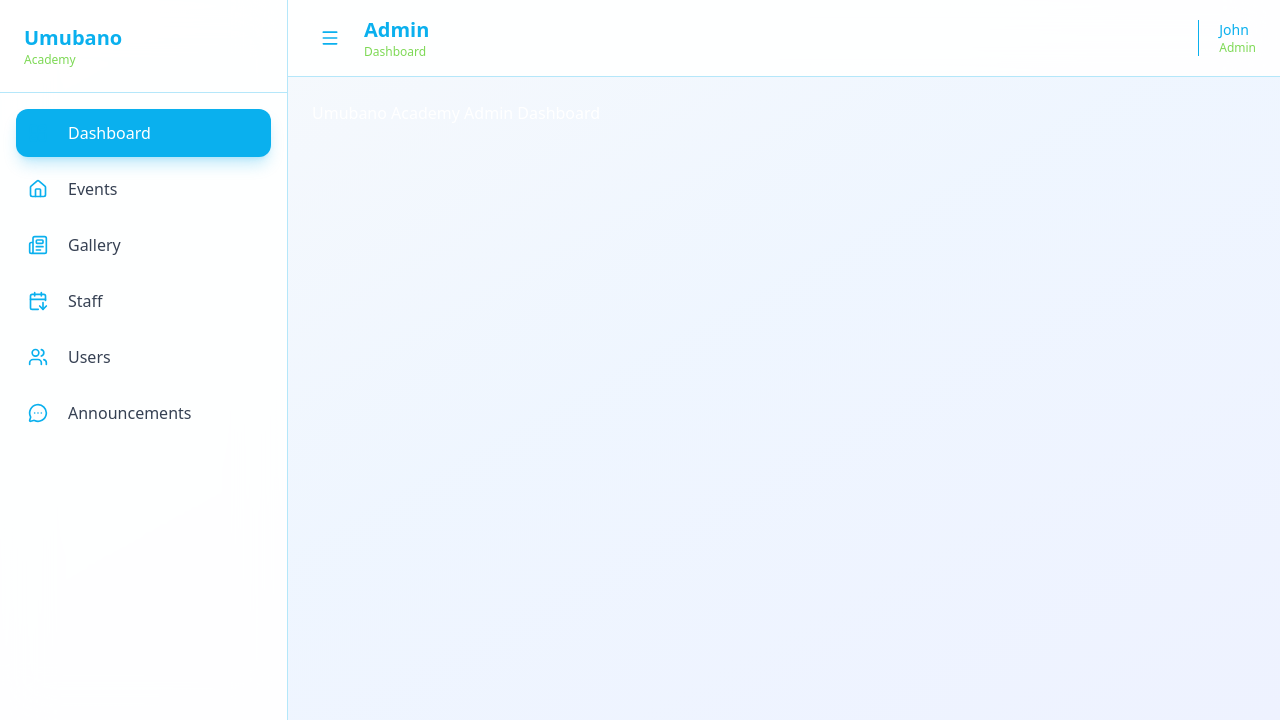
Repository: Umubano-Academy/umubano-academy-website
Page: /admin
An editor plug-in stored every save of this project. The page is shown before and after the next save, followed by the edit.
The browser window is 1280 px wide. The pictures show the whole page.
The project was rebuilt for these pictures with package versions that can differ from the ones it lists, and the page was loaded fresh each time. Also part of the build but not shown: vite.config.js, src/components/guest/NavBar.jsx, src/components/guest/Hero.jsx, src/components/guest/Event.jsx, src/components/guest/News.jsx, src/components/guest/Footer.jsx, src/components/guest/Layout.jsx, src/components/guest/Contact.jsx and 9 more. Imported but missing from the stored project, and not drawn on this page: src/assets/addons/Primary-Enrolment-Handout-2025.pdf, src/assets/addons/Secondary-Enrolment-Handout-2025-2026.pdf.

Above is the page before, as saved 2026-01-20 09:56:02.

### index.html
<!doctype html>
<html lang="en">
  <head>
    <meta charset="UTF-8" />
    <!-- <link rel="icon" type="image/svg+xml" href="/vite.svg" /> -->
    <meta name="viewport" content="width=device-width, initial-scale=1.0" />
    <title>umubano-academy</title>
  </head>
  <body>
    <div id="root"></div>
    <script type="module" src="/src/main.jsx"></script>
  </body>
</html>

### src/App.jsx
import React from 'react'
import { BrowserRouter, Route, Routes } from 'react-router-dom'
import NavBar from './components/guest/NavBar'
import Hero from './components/guest/Hero'
import Event from './components/guest/Event'
import News from './components/guest/News'
import Layout from './components/guest/Layout'
import Home from './components/guest/Home'
import Admission from './components/guest/Admission'
import Academic from './components/guest/Academic'
import About from './components/guest/About'
import LayOut from './components/admin/LayOut'
import Dashboard from './components/admin/pages/Dashboard'
import Login from './components/guest/forms/Login'
import ResetPassword from './components/guest/forms/ResetPassword'
import Primary from './components/guest/primary'


function App() {
  return (
    <BrowserRouter>

    <Routes>
      <Route path='/' element={<Layout />}>
      <Route index element={<Home />} />
      <Route path='/admissions' element={<Admission />} />
      <Route path='/academic' element={<Academic />} />
      <Route path='/aboutus' element={<About />} />
      <Route path='/login' element={<Login />} />
      <Route path="/password-reset" element={<ResetPassword />} />
      <Route path='/primary' element={<Primary />} />
      </Route>

      <Route path='/admin' element={<LayOut />}>
      <Route index element={<Dashboard />} />
      </Route>
    </Routes>
    </BrowserRouter>

  )
}

export default App

### src/components/admin/LayOut.jsx
import React, { useEffect, useState } from 'react'
import SideBar from '../admin/sidebar/SideBar'
import Header from '../admin/Header/Header'
import { Outlet } from 'react-router-dom'

function LayOut() {

  const [sideBarCollapsed, setSideBarCollapsed] = useState(false);
  const [currentPage, setCurrentPage] = useState("dashboard");

  useEffect(() =>{
    const handlerResize = () =>{
      if(window.innerWidth <1024){
        setSideBarCollapsed(true);
      }else{
        setSideBarCollapsed(false);
      }
    };

    handlerResize();
    window.addEventListener("resize", handlerResize)
    return () => window.removeEventListener("resize", handlerResize);
  },  []);
  return (

    <div className=' min-h-screen bg-gradient-to-br from-slate-50 via-blue-50 to-indigo-50 dark:from-slate-900 dark:via-slate-800 dark:to-slate-900 transition-all duration-500 '>
       <div className=' flex h-screen overflow-hidden' >
      <SideBar
          collapsed={sideBarCollapsed}
          onToggle={() => setSideBarCollapsed(!sideBarCollapsed)}
          currentPage={currentPage}
          onPageChange={setCurrentPage}
        />

      <div className='flex-1 flex flex-col overflow-hidden'>
          <Header
            sideBarCollapsed={sideBarCollapsed}
            onToggleSidebar={() => setSideBarCollapsed(!sideBarCollapsed)}
          />
          <div className='flex-1 overflow-y-auto bg-transparent'>
            <div className='p-6 space-y-6'>
              <Outlet />
            </div>
          </div>
        </div>
    </div>
    </div>

  )
}

export default LayOut

### src/components/admin/pages/Dashboard.jsx
// import React from "react";
// import { stats, bookingGraphData } from "./dashboardData";
// import {
//   Users,
//   ShoppingBag,
//   BadgeDollarSign,
//   TrendingUp,
// } from "lucide-react";
// import {
//   LineChart,
//   Line,
//   XAxis,
//   YAxis,
//   CartesianGrid,
//   Tooltip,
//   ResponsiveContainer,
// } from "recharts";

// function Dashboard() {
//   return (
//     <div className="p-6 space-y-6">

//       <h1 className="text-2xl font-bold text-slate-800 dark:text-white">
//         Dashboard Overview
//       </h1>


//       <div className="grid grid-cols-1 md:grid-cols-3 gap-6">

//         {/* USERS CARD */}
//         <div className="p-6 bg-white/80 dark:bg-slate-900/80 rounded-2xl shadow-lg border border-slate-200/50 dark:border-slate-700/50">
//           <div className="flex items-center justify-between mb-3">
//             <Users className="w-8 h-8 text-orange-500" />
//             <span className="text-green-500 text-sm">{stats.users.growth}</span>
//           </div>
//           <h2 className="text-3xl font-bold dark:text-white">
//             {stats.users.thisYear}
//           </h2>
//           <p className="text-slate-500 dark:text-slate-300 text-sm mt-1">
//             Users This Year
//           </p>
//         </div>

//         {/* BOOKINGS CARD */}
//         <div className="p-6 bg-white/80 dark:bg-slate-900/80 rounded-2xl shadow-lg border border-slate-200/50 dark:border-slate-700/50">
//           <div className="flex items-center justify-between mb-3">
//             <ShoppingBag className="w-8 h-8 text-orange-500" />
//             <span className="text-green-500 text-sm">+12%</span>
//           </div>
//           <h2 className="text-3xl font-bold dark:text-white">
//             {stats.bookings.total}
//           </h2>
//           <p className="text-slate-500 dark:text-slate-300 text-sm mt-1">
//             Total Bookings
//           </p>
//         </div>

//         {/* REVENUE CARD */}
//         <div className="p-6 bg-white/80 dark:bg-slate-900/80 rounded-2xl shadow-lg border border-slate-200/50 dark:border-slate-700/50">
//           <div className="flex items-center justify-between mb-3">
//             <BadgeDollarSign className="w-8 h-8 text-orange-500" />
//             <span className="text-green-500 text-sm">{stats.revenue.growth}</span>
//           </div>
//           <h2 className="text-3xl font-bold dark:text-white">
//             {stats.revenue.thisMonth.toLocaleString()} RWF
//           </h2>
//           <p className="text-slate-500 dark:text-slate-300 text-sm mt-1">
//             Revenue This Month
//           </p>
//         </div>
//       </div>

//       {/* BOTTOM 3 SUMMARY CARDS */}
//       <div className="grid grid-cols-1 md:grid-cols-3 gap-6">

//         {/* USER BREAKDOWN */}
//         <div className="p-6 bg-white/80 dark:bg-slate-900/80 rounded-xl border border-slate-200/50 dark:border-slate-700/50">
//           <h3 className="font-semibold dark:text-white mb-3">User Summary</h3>
//           <ul className="space-y-1 text-sm text-slate-600 dark:text-slate-300">
//             <li>Today: {stats.users.today}</li>
//             <li>Yesterday: {stats.users.yesterday}</li>
//             <li>Last Week: {stats.users.lastWeek}</li>
//             <li>Last Year: {stats.users.lastYear}</li>
//           </ul>
//         </div>

//         {/* BOOKING BREAKDOWN */}
//         <div className="p-6 bg-white/80 dark:bg-slate-900/80 rounded-xl border border-slate-200/50 dark:border-slate-700/50">
//           <h3 className="font-semibold dark:text-white mb-3">Booking Summary</h3>
//           <ul className="space-y-1 text-sm text-slate-600 dark:text-slate-300">
//             <li>Today: {stats.bookings.today}</li>
//             <li>Pending: {stats.bookings.pending}</li>
//             <li>Completed: {stats.bookings.completed}</li>
//             <li>Cancelled: {stats.bookings.cancelled}</li>
//           </ul>
//         </div>

//         {/* REVENUE BREAKDOWN */}
//         <div className="p-6 bg-white/80 dark:bg-slate-900/80 rounded-xl border border-slate-200/50 dark:border-slate-700/50">
//           <h3 className="font-semibold dark:text-white mb-3">Revenue Summary</h3>
//           <ul className="space-y-1 text-sm text-slate-600 dark:text-slate-300">
//             <li>Total Revenue: {stats.revenue.total.toLocaleString()} RWF</li>
//             <li>This Month: {stats.revenue.thisMonth.toLocaleString()} RWF</li>
//             <li>Pending: {stats.revenue.pending.toLocaleString()} RWF</li>
//             <li>Last Month: {stats.revenue.lastMonth.toLocaleString()} RWF</li>
//           </ul>
//         </div>
//       </div>

//       {/* BOOKINGS CHART */}
//       <div className="p-6 bg-white/80 dark:bg-slate-900/80 border border-slate-200/50 dark:border-slate-700/50 rounded-xl shadow-md">
//         <h2 className="text-lg font-bold mb-4 dark:text-white">
//           Bookings This Week
//         </h2>

//         <ResponsiveContainer width="100%" height={300}>
//           <LineChart data={bookingGraphData}>
//             <CartesianGrid strokeDasharray="3 3" />
//             <XAxis dataKey="day" />
//             <YAxis />
//             <Tooltip />
//             <Line
//               type="monotone"
//               dataKey="bookings"
//               stroke="#f97316"
//               strokeWidth={3}
//             />
//           </LineChart>
//         </ResponsiveContainer>
//       </div>
//     </div>
//   );
// }

// export default Dashboard;




import React from 'react'

function Dashboard() {
  return (
    <div className=' text-white '>
      Umubano Academy Admin Dashboard
    </div>
  )
}

export default Dashboard

### src/components/admin/sidebar/SideBar.jsx
import React, { useState } from "react";
import menuData from "./data/menuData";
import { Link } from "react-router-dom";
import { GraduationCap } from "lucide-react";

function SideBar({ collapsed, onToggle, currentPage, onPageChange }) {
  const [expandedItems, setExpandedItems] = useState(new Set(["dashboard"]));

  const toggleExpand = (itemId) => {
    const updated = new Set(expandedItems);
    updated.has(itemId) ? updated.delete(itemId) : updated.add(itemId);
    setExpandedItems(updated);
  };

  return (
    <div
      className={`${
        collapsed ? "w-20" : "w-72"
      } transition-all duration-300 ease-in-out bg-white/90 backdrop-blur-xl border-r border-[#0AB0EE]/30 flex flex-col relative z-10`}
    >
      {/* Header Logo */}
      <div className="p-6 border-b border-[#0AB0EE]/30">
        <div className="flex items-center space-x-3">
          {/* <div className="w-12 h-12 bg-[#FFDE59] text-[#0AB0EE] flex items-center justify-center rounded-xl">
            <GraduationCap size={28} />
          </div> */}

          {!collapsed && (
            <div>
              <h1 className="text-xl font-bold text-[#0AB0EE]">Umubano</h1>
              <p className="text-xs text-[#7ED956]">Academy</p>
            </div>
          )}
        </div>
      </div>

      {/* Navigation Menu */}
      <nav className="flex-1 space-y-2 p-4 overflow-y-auto">
        {menuData.map((item) => (
          <div key={item.id}>
            {/* Main Menu Item */}
            <Link
              to={item.path}
              className={`w-full flex items-center justify-between p-3 rounded-xl cursor-pointer transition-all duration-200 ${
                currentPage === item.id
                  ? "bg-[#0AB0EE] text-white shadow-lg shadow-[#0AB0EE]/25"
                  : "text-gray-700 hover:bg-[#FFDE59]/20"
              }`}
              onClick={() => {
                if (item.submenu) {
                  toggleExpand(item.id);
                } else {
                  onPageChange(item.id);
                }
              }}
            >
              <div className="flex items-center space-x-3">
                <item.icon className="w-5 h-5 text-[#0AB0EE]" />

                {!collapsed && (
                  <>
                    <span className="font-medium ml-2">{item.label}</span>
                    {item.count && (
                      <span className="px-2 py-1 rounded-full text-center text-sm bg-[#7ED956]/30 text-[#0AB0EE]">
                        {item.count}
                      </span>
                    )}
                  </>
                )}
              </div>

              {/* Submenu Arrow */}
              {!collapsed && item.submenu && (
                <span
                  className={`transition-transform text-[#0AB0EE] ${
                    expandedItems.has(item.id) ? "rotate-90" : ""
                  }`}
                >
                  ▶
                </span>
              )}
            </Link>

            {/* Submenu */}
            {item.submenu && expandedItems.has(item.id) && !collapsed && (
              <div className="ml-10 mt-1 space-y-1 transition-all duration-300">
                {item.submenu.map((sub) => (
                  <Link
                    key={sub.id}
                    to={sub.path}
                    onClick={() => onPageChange(sub.id)}
                    className={`block p-2 rounded-lg text-sm ${
                      currentPage === sub.id
                        ? "bg-[#7ED956] text-white"
                        : "text-gray-600 hover:bg-[#FFDE59]/20"
                    }`}
                  >
                    {sub.label}
                  </Link>
                ))}
              </div>
            )}
          </div>
        ))}
      </nav>
    </div>
  );
}

export default SideBar;

### src/components/admin/Header/Header.jsx
import React, { useState, useEffect, useRef } from "react";
import { Menu, User, Cog, LogOut } from "lucide-react";

function Header({ sideBarCollapsed, onToggleSidebar }) {
  const [openDropdown, setOpenDropdown] = useState(null);
  const dropdownRef = useRef();
  const [userInfo, setUserInfo] = useState({
    first_name: "John",
    roles: "Admin",
  });

  // Close dropdown when clicking outside
  useEffect(() => {
    function handleClickOutside(e) {
      if (dropdownRef.current && !dropdownRef.current.contains(e.target)) {
        setOpenDropdown(null);
      }
    }
    document.addEventListener("mousedown", handleClickOutside);
    return () => document.removeEventListener("mousedown", handleClickOutside);
  }, []);

  const handleNavigate = (path) => {
    console.log("Navigate to:", path);
    setOpenDropdown(null);
  };

  return (
    <div className="bg-white/90 backdrop-blur-xl border-b border-[#0AB0EE]/30 px-6 py-4 relative z-40">
      <div className="flex items-center justify-between">
        {/* Left Section */}
        <div className="flex items-center space-x-4">
          <button
            className="p-2 rounded-lg text-[#0AB0EE] hover:bg-[#FFDE59]/30 transition-colors"
            onClick={onToggleSidebar}
          >
            <Menu className="w-5 h-5" />
          </button>

          <div className="hidden md:block">
            <p className="text-xl font-black text-[#0AB0EE]">Admin</p>
            <p className="text-xs font-medium text-[#7ED956]">Dashboard</p>
          </div>
        </div>

        {/* Right Section */}
        <div className="flex items-center space-x-3" ref={dropdownRef}>
          {/* User Menu */}
          <div className="relative">
            <button
              onClick={() =>
                setOpenDropdown(openDropdown === "user" ? null : "user")
              }
              className="flex items-center pl-3 border-l border-[#0AB0EE]"
            >
              <User className="w-5 h-5 text-[#0AB0EE] md:hidden" />

              <div className="hidden md:flex flex-col ml-2 text-left">
                <p className="text-sm font-medium text-[#0AB0EE]">
                  {userInfo?.first_name}
                </p>
                <p className="text-xs text-[#7ED956]">{userInfo?.roles}</p>
              </div>
            </button>

            {openDropdown === "user" && (
              <div className="absolute right-0 mt-2 w-48 bg-white shadow-xl rounded-xl overflow-hidden z-50 border border-[#0AB0EE]/30">
                <button
                  onClick={() => handleNavigate("/marchant/myprofile")}
                  className="flex items-center space-x-2 w-full px-4 py-2 hover:bg-[#FFDE59]/30 transition-colors"
                >
                  <User className="w-4 h-4 text-[#0AB0EE]" /> <span>Profile</span>
                </button>
                <button
                  onClick={() => handleNavigate("/marchant/update-profile")}
                  className="flex items-center space-x-2 w-full px-4 py-2 hover:bg-[#FFDE59]/30 transition-colors"
                >
                  <Cog className="w-4 h-4 text-[#0AB0EE]" /> <span>Settings</span>
                </button>
                <button
                  className="flex items-center space-x-2 w-full px-4 py-2 text-red-600 hover:bg-red-100 dark:hover:bg-red-800/30 transition-colors"
                >
                  <LogOut className="w-4 h-4" /> <span>Logout</span>
                </button>
              </div>
            )}
          </div>
        </div>
      </div>
    </div>
  );
}

export default Header;

### src/components/admin/sidebar/data/menuData.js
import {
  House,

  Users,
  CalendarArrowDown,
  LayoutDashboard,
  MessageCircleMore,
  Newspaper,
} from "lucide-react";

const menuData = [
  {
    id: "dashboard",
    title: "dashboard",
    label: "Dashboard",
    path: "/admin",
    icon: LayoutDashboard,
  },
  {
    id: "events",
    title: "eventss",
    label: "Events",
    path: "/admin/eventss",
    icon: House,
  },
  {
    id: "Gallery",
    title: "gallery",
    label: "Gallery",
    path: "/admin/news",
    icon: Newspaper,
  },
  {
    id: "staff",
    title: "staff",
    label: "Staff",
    path: "/admin/admission",
    icon: CalendarArrowDown,
  },

  {
    id: "users",
    title: "users",
    label: "Users",
    path: "/admin/users",
    icon: Users,
  },
  {
    id: "announcements",
    title: "announcements",
    label: "Announcements",
    path: "/admin/announcements",
    icon: MessageCircleMore,
  },
];


export default menuData;

Loaded but not shown: src/main.jsx (common file); src/index.css (common file)

After the next save:
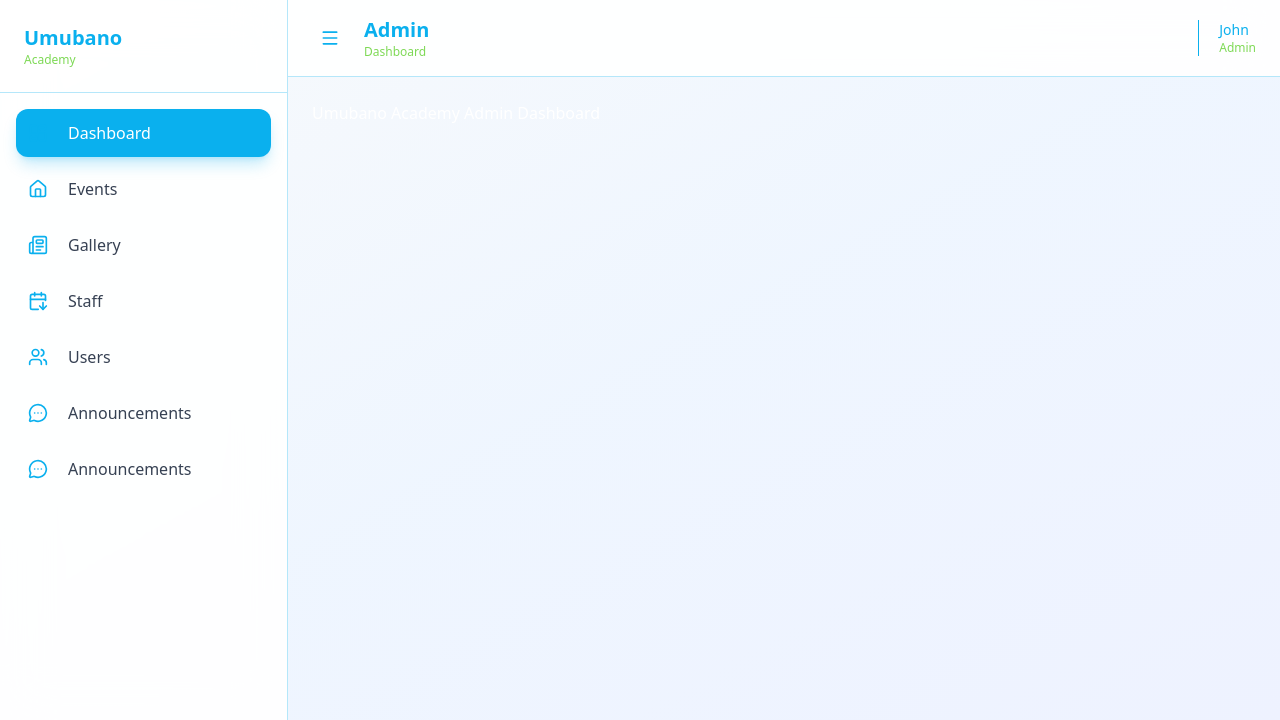
Saved 27 s later.
--- a/src/components/admin/sidebar/data/menuData.js
+++ b/src/components/admin/sidebar/data/menuData.js
@@ -52,6 +52,13 @@
     path: "/admin/announcements",
     icon: MessageCircleMore,
   },
+  {
+    id: "announcements",
+    title: "announcements",
+    label: "Announcements",
+    path: "/admin/announcements",
+    icon: MessageCircleMore,
+  },
 ];
 
 
